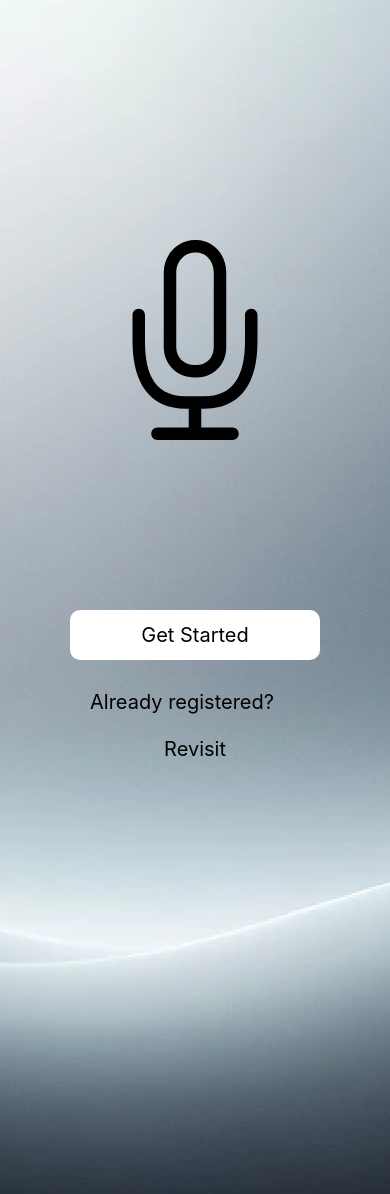
Repository: mortiestmorty1/recordings-app
Screen: / (app in frontend/)
These files come from the project's save history. The screen is drawn as it stood at one moment and after the next save; the edit follows.
The app was drawn by React Native's web renderer in a window 390 px wide. The project was rebuilt for these pictures with package versions that can differ from the ones it lists, and the page was loaded fresh each time. Also part of the build but not shown: frontend/components/registerUser.js.

Above is the screen before, as saved 2024-03-08 01:55:42.

After the next save:
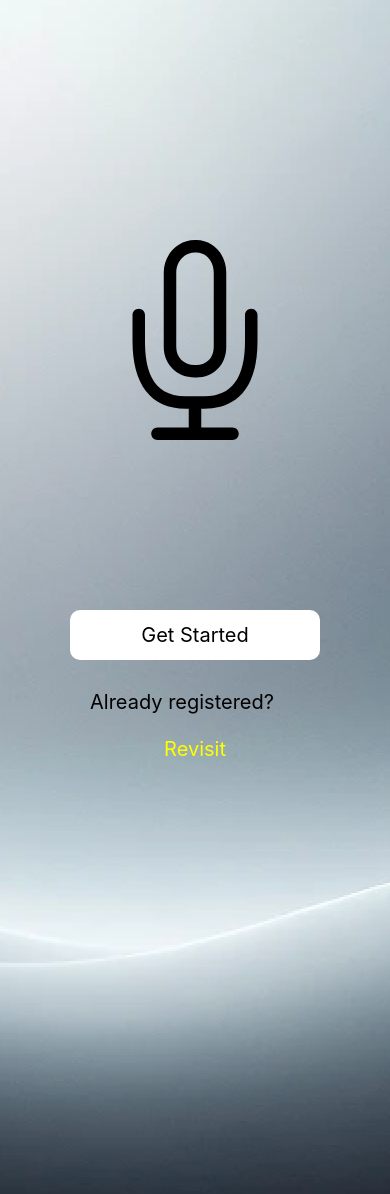
Saved 30 s later.
--- a/frontend/components/firstscreen.js
+++ b/frontend/components/firstscreen.js
@@ -76,7 +76,6 @@ const styles = StyleSheet.create({
   btn2: {
     width: 250,
     height: 50,
-
     justifyContent: 'center',
     alignItems: 'center',
     bottom: 10,
@@ -85,6 +84,7 @@ const styles = StyleSheet.create({
         color: 'black',
         fontSize: 20,
         fontWeight: 'heavy',
+        color:'yellow',
     },
 });
 
